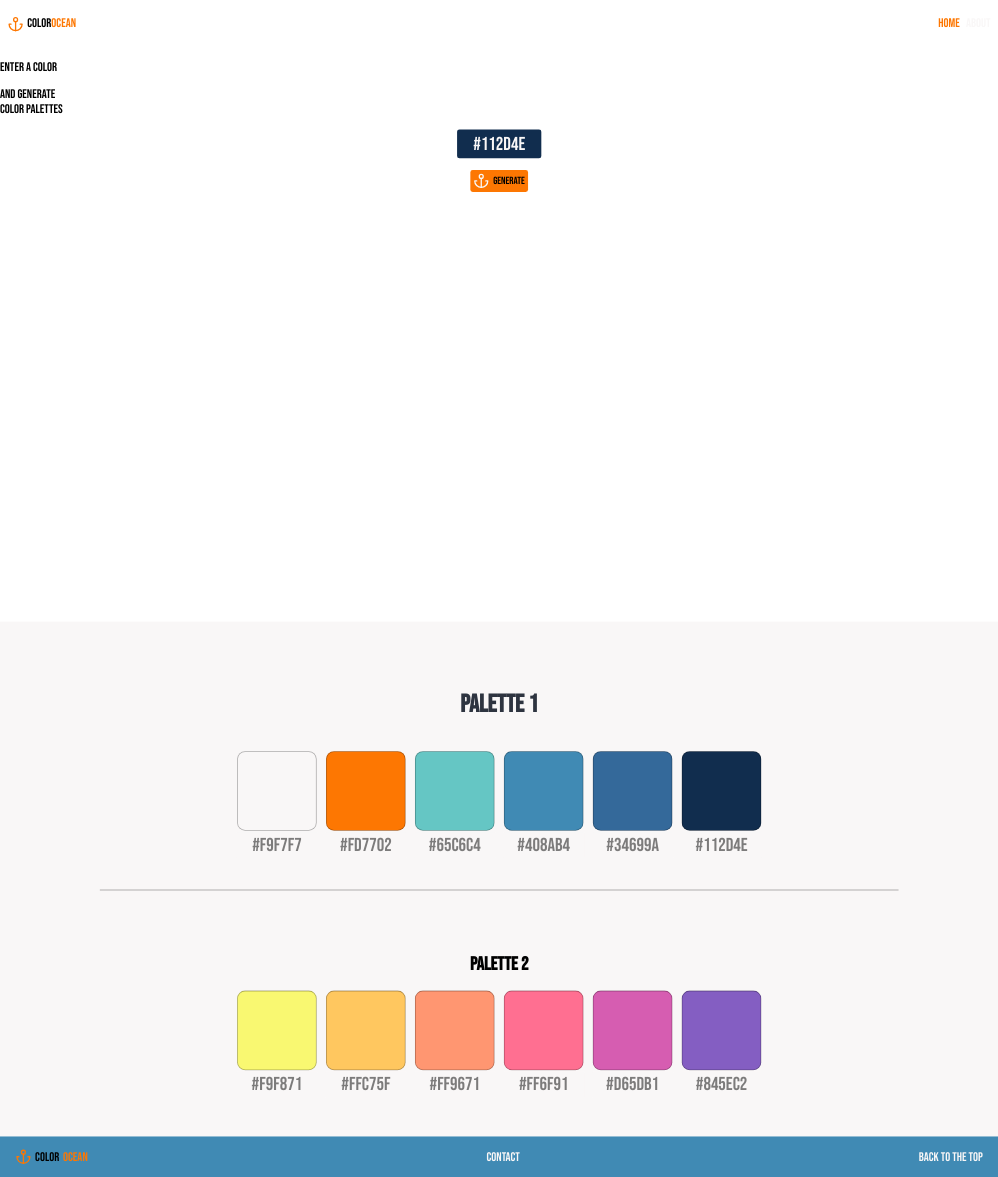
Repository: Ulvang01/WebTekProject
Page: src/index.html
An editor plug-in stored every save of this project. The page is shown before and after the next save, followed by the edit.
The browser window is 1280 px wide. The pictures show the whole page, at 78% of full size.

Above is the page before, as saved 2022-11-04 16:09:58.

### src/index.html
<!DOCTYPE html>
<html lang="en">
	<head>
		<meta charset="UTF-8" />
		<meta http-equiv="X-UA-Compatible" content="IE=edge" />
		<meta name="viewport" content="width=device-width, initial-scale=1.0" />
		<link rel="icon" href="https://fav.farm/⛵️" />
		<link rel="stylesheet" href="./css/style.css" />
		<link rel="stylesheet" href="./css/transitions.css" />
		<script src="./js/index.js" type="module" defer></script>
		<title>WebTek Project</title>
	</head>
	<body>
		<header>
			<nav>
				<div class="logo">
					<img src="./img/anchor.svg" alt="anchor" class="anchor" />
					<p>Color<span class="logo-text">Ocean</span></p>
				</div>
				<div class="nav-list">
					<a href="./index.html" class="inuse">Home</a>
					<a href="./about.html">About</a>
				</div>
			</nav>
		</header>
		<main>
			<section id="home">
				<div class="content">
					<div class="home-text">
						<p class="title">Enter a color</p>
						<p class="byline">and generate<br /><span>color palettes</span></p>
					</div>
					<div class="button-container">
						<input
							type="text"
							id="color-input"
							value="#112D4E"
							minlength="1"
							maxlength="7"
						/>
						<button id="submit-btn">
							<img class="anchor" src="./img/anchor-white.svg" alt="" />
							Generate
						</button>
					</div>
				</div>
				<img class="boat-gif" src="./img/boat.gif" alt="boat" />
			</section>

			<section id="color-section">
				<div class="color-container">
					<h1 class="palette-name">Palette 1</h1>
					<div class="color-box">
						<div class="color-frame">
							<div class="cf9f7f7 color"></div>
							<input type="text" value="#F9F7F7" readonly />
						</div>
						<div class="color-frame">
							<div class="cfd7702 color"></div>
							<input type="text" value="#FD7702" readonly />
						</div>
						<div class="color-frame">
							<div class="c65c6c4 color"></div>
							<input type="text" value="#65C6C4" readonly />
						</div>
						<div class="color-frame">
							<div class="c408ab4 color"></div>
							<input type="text" value="#408AB4" readonly />
						</div>
						<div class="color-frame">
							<div class="c34699a color"></div>
							<input type="text" value="#34699A" readonly />
						</div>
						<div class="color-frame">
							<div class="c112d4e color"></div>
							<input type="text" value="#112D4E" readonly />
						</div>
					</div>
				</div>
				<div class="color-container">
					<h1 class="theme-title">Palette 2</h1>
					<div class="color-box">
						<div class="color-frame">
							<div class="cf9f871 color"></div>
							<input type="text" value="#F9F871" readonly />
						</div>
						<div class="color-frame">
							<div class="cffc75f color"></div>
							<input type="text" value="#FFC75F" readonly />
						</div>
						<div class="color-frame">
							<div class="cff9671 color"></div>
							<input type="text" value="#FF9671" readonly />
						</div>
						<div class="color-frame">
							<div class="cff6f91 color"></div>
							<input type="text" value="#FF6F91" readonly />
						</div>
						<div class="color-frame">
							<div class="cd65db1 color"></div>
							<input type="text" value="#D65DB1" readonly />
						</div>
						<div class="color-frame">
							<div class="c845ec2 color"></div>
							<input type="text" value="#845EC2" readonly />
						</div>
					</div>
				</div>
			</section>
		</main>
		<footer>
			<p class="logo">
				<img src="./img/anchor.svg" alt="anchor" class="anchor" />
				Color<span class="logo-text">Ocean</span>
			</p>
			<a href="./contact.html">Contact</a>
			<a href="#home">Back to the top</a>
		</footer>
	</body>
</html>

### src/css/style.css
@import url("https://fonts.googleapis.com/css2?family=Bebas+Neue&display=swap");

* {
	font-family: 'Bebas Neue', cursive;
}

:root {
	--orange: #fd7702;
	--white: #f9f7f7;
	--blue-50: #65c6c4;
	--blue-100: #408ab4;
	--blue-150: #34699a;
	--blue-200: #112d4e;
	--text-black: #2e3440;
	--light: 80;
	--threshold: 60;
}

body,
html {
	margin: 0;
	padding: 0;
}

html {
	scroll-behavior: smooth;
}

body {
	height: 100%;
	width: 100%;
}

a {
	text-decoration: none;
	color: var(--white);
	text-transform: uppercase;
}

/* NAV BAR */

header {
	padding: 5px 0;
	height: min-content;
	width: 100%;
}

nav {
	padding: 0 10px;
	display: flex;
	justify-content: space-between;
	align-items: center;
}

.inuse {
	color: var(--orange);
}

.nav-list {
	display: flex;
	list-style: none;
	gap: 8px;
}


/* LOGO */

.anchor {
	height: 20px;
	width: 20px;
}

.logo-text {
	color: var(--orange);
}

.logo {
	display: flex;
	align-items: center;
	gap: 5px;
}

/* HOME PAGE */

main {
	width: 100%;
	height: 100%;
}

#home {
	height: 100vh;
}

.button-container {
	display: flex;
	flex-direction: column;
	align-items: center;
	gap: 15px;
}

#submit-btn {
	display: flex;
	align-items: center;
	gap: 5px;
	padding: 4px;
	background-color: var(--orange);
	border: none;
	outline: none;
	border-radius: 3px;
}

#submit-btn:hover {
	cursor: pointer;
}

input[type="text"] {
	outline: none;
}

#color-input {
	color: var(--white);
	background-color: var(--blue-200);
	border: none;
	border-radius: 3px;
	padding: 4px;
}

.boat-gif {
	display: none;
}

/*  COLOR SECTION */

#color-section {
	background-color: var(--white);
	width: 100%;
	display: flex;
	flex-direction: column;
	justify-content: center;
	align-items: center;
	height: min-content;
	padding-bottom: 10px;
}

.palette-name {
	color: var(--text-black);
	margin-bottom: 40px;
	font-size: 2rem;
}

.color-container {
	width: 80%;
	display: flex;
	flex-direction: column;
	justify-content: center;
	align-items: center;
	padding-bottom: 40px;
	border-bottom: 2px rgb(0 0 0 / 20%) solid;
	padding-top: 60px;
}

.color-container:last-child {
	border-bottom: none;
}

.color-box {
	display: flex;
	justify-content: center;
	align-items: center;
	width: 100%;
	gap: 10px;
}

.color-frame {
	width: content-min;
	display: flex;
	flex-direction: column;
	align-items: center;
	gap: 2px;
}

.color {
	height: 100px;
	width: 100px;
	border-radius: 10%;
	border: 1.5px solid rgb(0 0 0 / 30%);
}

input[type='text'] {
	text-align: center;
	border: none;
	width: 100px;
	padding: 2px;
	border-radius: 2%;
	background-color: var(--white);
	color: rgb(0 0 0 / 50%);
	font-size: 1.5rem;
}

/* COLORS */

.c112d4e {
	background-color: var(--blue-200);
}

.c34699a {
	background-color: var(--blue-150);
}

.c408ab4 {
	background-color: var(--blue-100);
}

.c65c6c4 {
	background-color: var(--blue-50);
}

.cfd7702 {
	background-color: var(--orange);
}

.cf9f7f7 {
	background-color: var(--white);
}

.cf9f871 {
	background-color: #f9f871;
}

.cffc75f {
	background-color: #ffc75f;
}

.cff9671 {
	background-color: #ff9671;
}

.cff6f91 {
	background-color: #ff6f91;
}

.cd65db1 {
	background-color: #d65db1;
}

.c845ec2 {
	background-color: #845ec2;
}

/* FOOTER */

footer {
	display: flex;
	justify-content: space-between;
	align-items: center;
	padding: 0 20px;
	background-color: var(--blue-100);
}

@media screen and (max-width: 768px) {
	* {
		color: var(--white);
	}

	body {
		background-color: var(--blue-100);
	}

	header {
		background-color: var(--blue-100);
		filter: drop-shadow(0 4px 4px rgb(0 0 0 / 25%));
		height: 75px;
		position: fixed;
		z-index: 100;
	}

	nav {
		position: relative;
		width: 90%;
		top: 70%;
		left: 50%;
		transform: translate(-50%, -50%);
		font-size: 1.5rem;
	}

	nav > .logo > .anchor {
		height: 20px;
		width: 20px;
	}

	#home {
		display: grid;
		grid-template-rows: 1fr 1fr;
		justify-items: center;
	}

	#home > .content {
		display: flex;
		flex-direction: column;
		justify-content: center;
		align-items: center;
	}

	.home-text {
		display: flex;
		flex-direction: column;
		align-items: center;
		text-align: center;
		margin-bottom: 42px;
		margin-top: 75px;
	}

	.home-text > .title {
		color: var(--orange);
		font-size: 3.5rem;
		margin-top: 3.5rem;
		margin-bottom: 0;
	}

	.home-text > .byline {
		font-size: 2.2rem;
		margin: 0;
	}

	.home-text > .byline > span {
		color: var(--blue-50);
	}

	#color-input {
		font-size: 1.5rem;
		padding: 10px 0;
		width: 140px;
		border-radius: 10px;
		filter: drop-shadow(0 4px 4px rgb(0 0 0 / 25%));
	}

	#submit-btn {
		background-color: var(--blue-50);
		width: 140px;
		filter: drop-shadow(0 4px 4px rgb(0 0 0 / 25%));
		font-size: 1.5rem;
		padding: 10px 0;
		border-radius: 10px;
		display: flex;
		justify-content: center;
	}

	#submit-btn > .anchor {
		height: 20px;
		width: 20px;
	}

	.color-box {
		flex-direction: column;
		gap: 6px;
	}

	.color-frame {
		flex-direction: row;
	}

	.color {
		width: 90px;
		height: 90px;
		margin-bottom: 0;
	}

	.boat-gif {
		display: block;
		width: 300px;
		height: 300px;
		margin: auto
	}

	footer {
		font-size: 1.125rem;
		display: flex;
		align-items: center;
	}

	footer > .logo > img {
		height: 18px;
		width: 18px;
	}


}

### src/css/transitions.css
main {
    animation: transition-in 750ms;

}

@keyframes transition-in {
    from {
        opacity: 0;
        transform: rotateX(-10deg);
    }

    to {
        opacity: 1;
        transform: rotateX(0);
    }
}

### src/js/index.js
import changeColor from './colorInputHandler.js';
import createComponents from './colorElementCreator.js';

document.getElementById('color-input').oninput = () => changeColor();

const colorPalletes = {
    "palette1": ["#F9F7F7", "#FD7702", "#65C6C4", "#408AB4", "#34699A", "#112D4E"],
    "palette2": ["#F9F871", "#FFC75F", "#FF9671", "#FF6F91", "#D65DB1", "#845EC2"]
};

### src/js/colorInputHandler.js
 const changeColor = () => {
	const colorInput = document.getElementById('color-input');
	const color = colorInput.value;
	const reg = /^#([0-9a-f]{3}){1,2}$/i;
	if (reg.test(color)) {
		colorInput.style.backgroundColor = color;
	}

	const bgColor = window
		.getComputedStyle(colorInput, null)
		.getPropertyValue('background-color')
		.split('(')[1]
		.split(')')[0]
		.split(',');
	const colorYIQ = Math.round(
		(bgColor[0] * 299 + bgColor[1] * 587 + bgColor[2] * 114) / 1000
	);

	const textColor = colorYIQ >= 100 ? '#2e3440' : '#f9f7f7';
	colorInput.style.color = textColor;
}

export default changeColor;

### src/js/colorElementCreator.js
const createComponents = (colorPalletes) => {
    const colorSection = document.createElement('section');
    colorElement.setAttribute('id', 'color-section');

    for (conts [key, value] of Object.entries(colorPalletes)) {
        // const colorContainer = document.createElement('div');
        // colorContainer.setAttribute('class', 'color-container');
        // const colorName = document.createElement('h1');
        // colorName.setAttribute('class', 'palette-name');
        // colorElement.addEventListener('click', () => {
        //     document.body.style.backgroundColor = value;
        // });
        // colorSection.appendChild(colorContainer);
        console.log(key, value);
    }
    document.body.appendChild(colorSection);
};

export default createComponents;

After the next save:
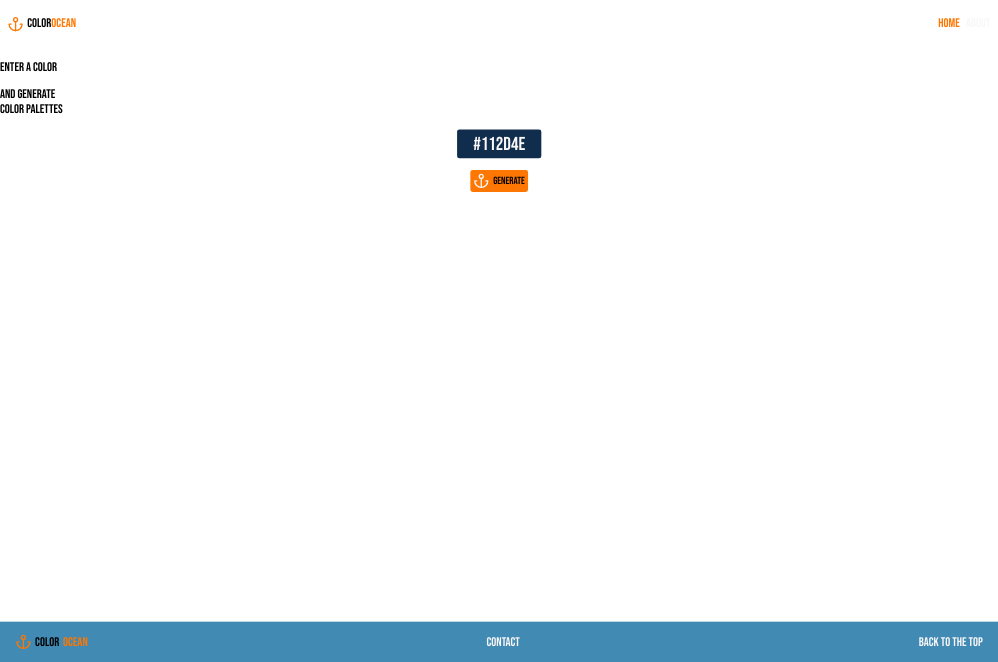
Saved 23 s later.
--- a/src/index.html
+++ b/src/index.html
@@ -47,7 +47,7 @@
 				<img class="boat-gif" src="./img/boat.gif" alt="boat" />
 			</section>
 
-			<section id="color-section">
+			<!-- <section id="color-section">
 				<div class="color-container">
 					<h1 class="palette-name">Palette 1</h1>
 					<div class="color-box">
@@ -106,7 +106,7 @@
 						</div>
 					</div>
 				</div>
-			</section>
+			</section> -->
 		</main>
 		<footer>
 			<p class="logo">
